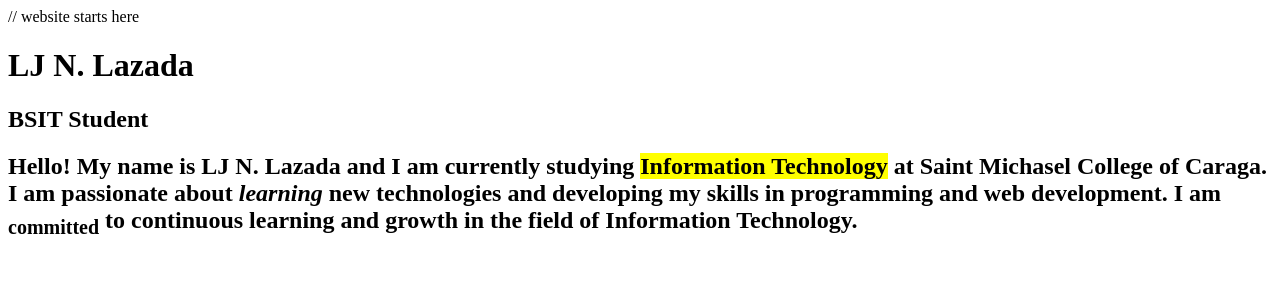
Repository: ljlazada11/myfirsthtml
Page: index.html
An editor plug-in stored every save of this project. The page is shown before and after the next save, followed by the edit.
The browser window is 1280 px wide. The pictures show the whole page.

Above is the page before, as saved 2026-06-24 18:39:47.

After the next save:
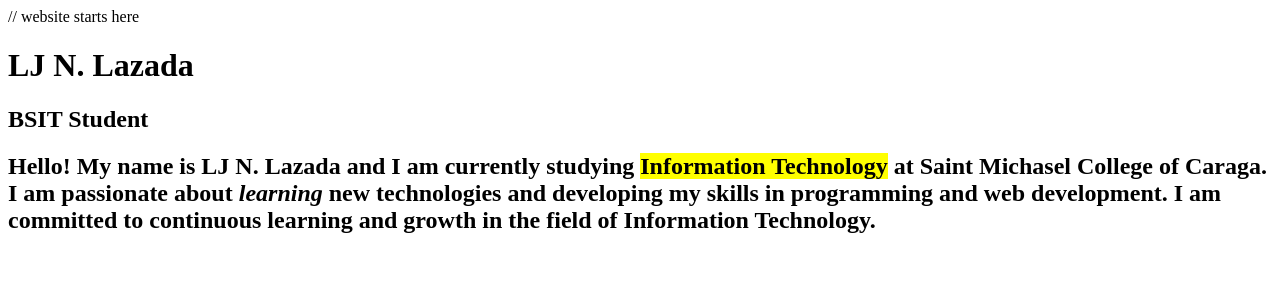
Saved 39 s later.
--- a/index.html
+++ b/index.html
@@ -11,7 +11,7 @@
 <body>
     <h1>LJ N. Lazada</h1>
     <h2>BSIT Student</h2>
-    <h2>Hello! My name is <strong>LJ N. Lazada</strong> and I am currently studying <mark>Information Technology</mark> at Saint Michasel College of Caraga. I am passionate about <i>learning</i> new technologies and developing my skills in programming and web development. I am <sub>committed</sub> to continuous learning and growth in the field of Information Technology.</h2>
+    <h2>Hello! My name is <strong>LJ N. Lazada</strong> and I am currently studying <mark>Information Technology</mark> at Saint Michasel College of Caraga. I am passionate about <i>learning</i> new technologies and developing my skills in programming and web development. I am <b>committed</b> to continuous learning and growth in the field of Information Technology.</h2>
 
 
 </body>
